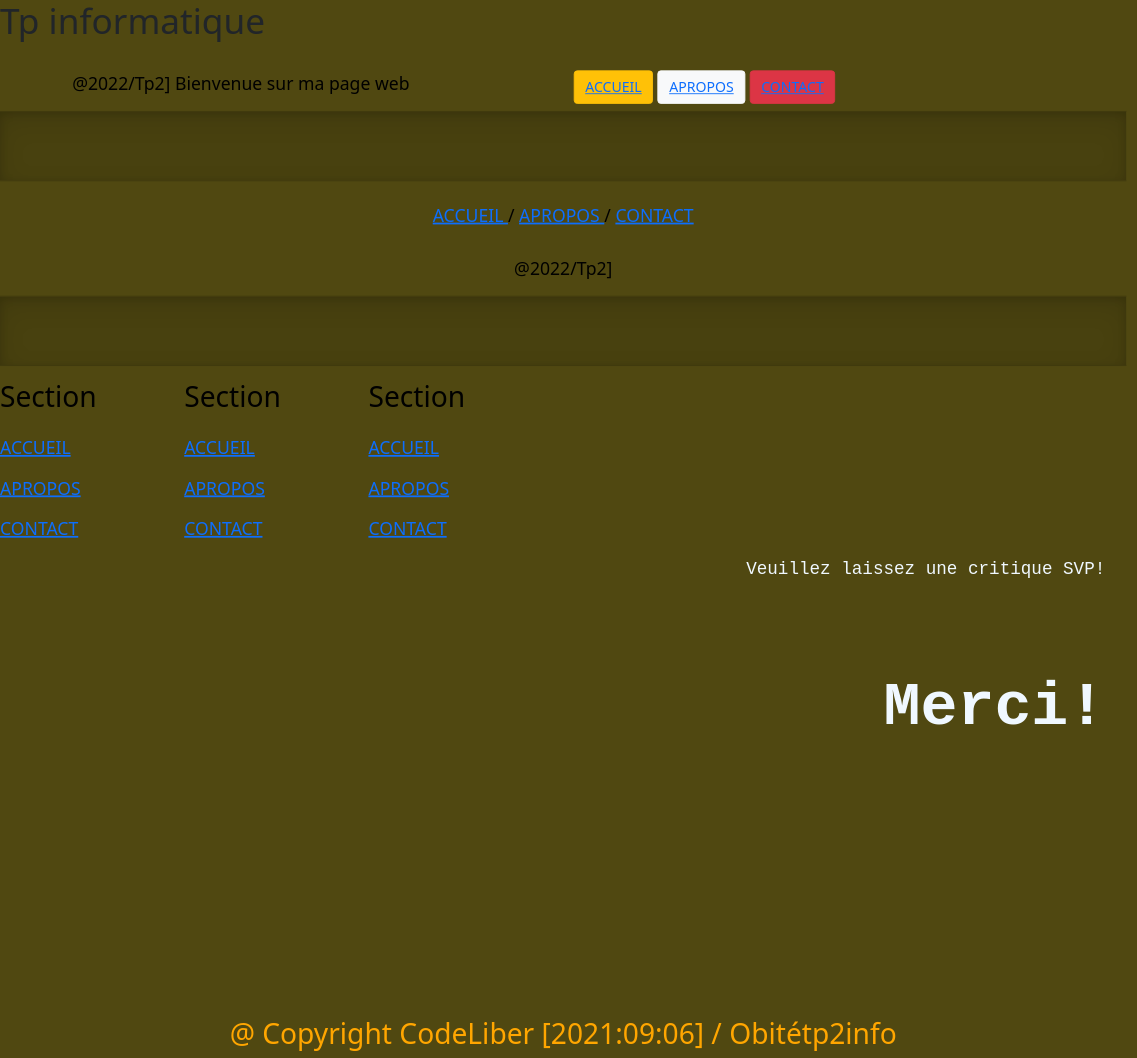
Repository: zezesylvain/cours-l3-info-2023-2024
Page: k.obite/Tp 2/Tp2/Index.html
An editor plug-in stored every save of this project. The page is shown before and after a run of saves, followed by the edit.
The browser window is 1280 px wide. The page is 1292 px wide, so the pictures cover 1292 px, including what lies to the right of the window. The pictures show the part of the page from y = 200 to 1402 px (the page is 1402 px tall before and 1386 px after), at 88% of full size.

Above is the page before, as saved 2021-12-15 10:48:53.

After the next 2 saves:
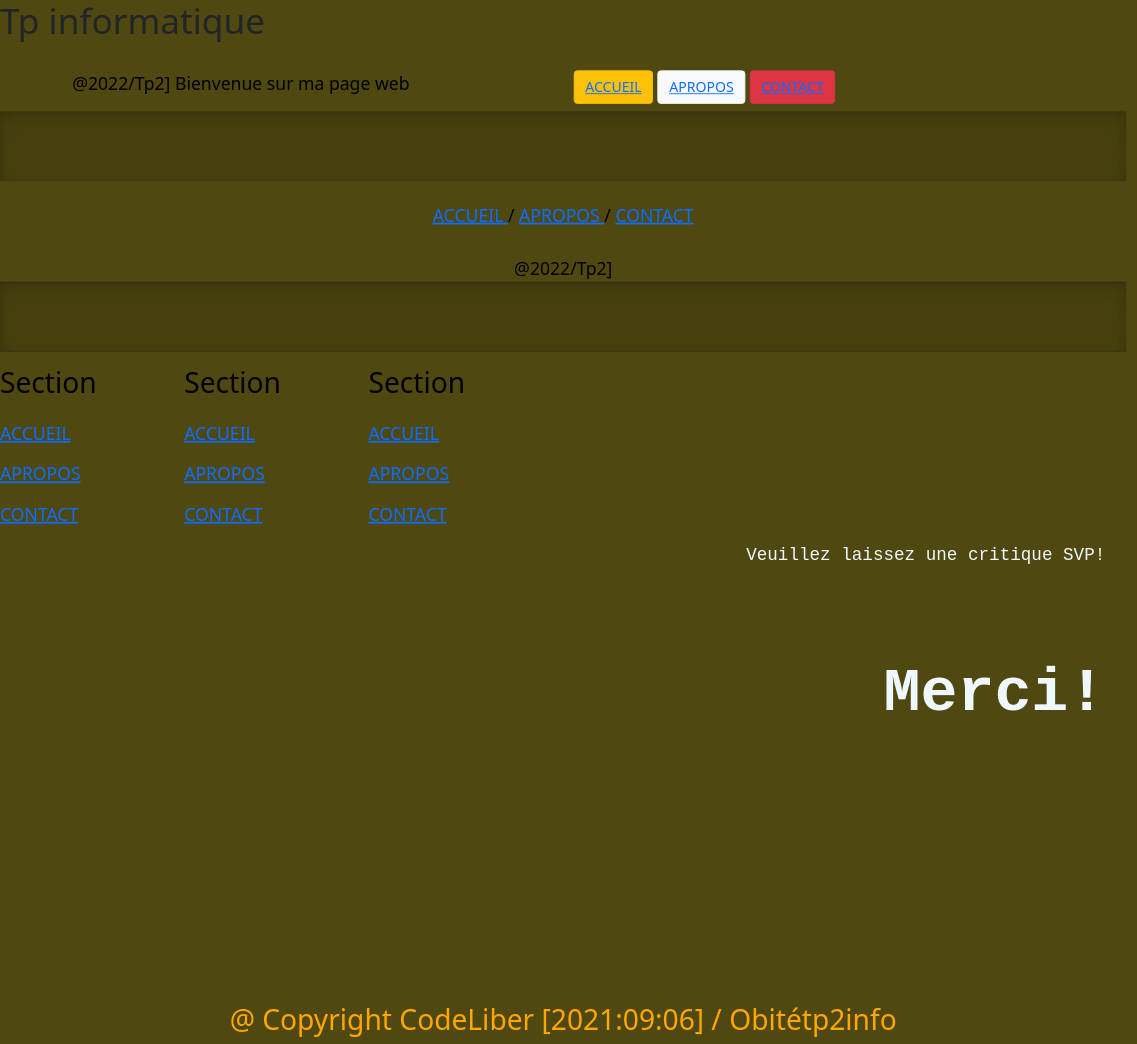
The 2 saves are shown as one change because they came seconds apart.
The last was saved 13 s later.
--- a/k.obite/Tp 2/Tp2/Index.html
+++ b/k.obite/Tp 2/Tp2/Index.html
@@ -60,7 +60,7 @@
 
           </div>
 
-     <d id="deco" class="col-md-12"> @2022/Tp2] </p>
+     <div id="deco" class="col-md-12"> @2022/Tp2] </div>
 
     </div>
      </div>
